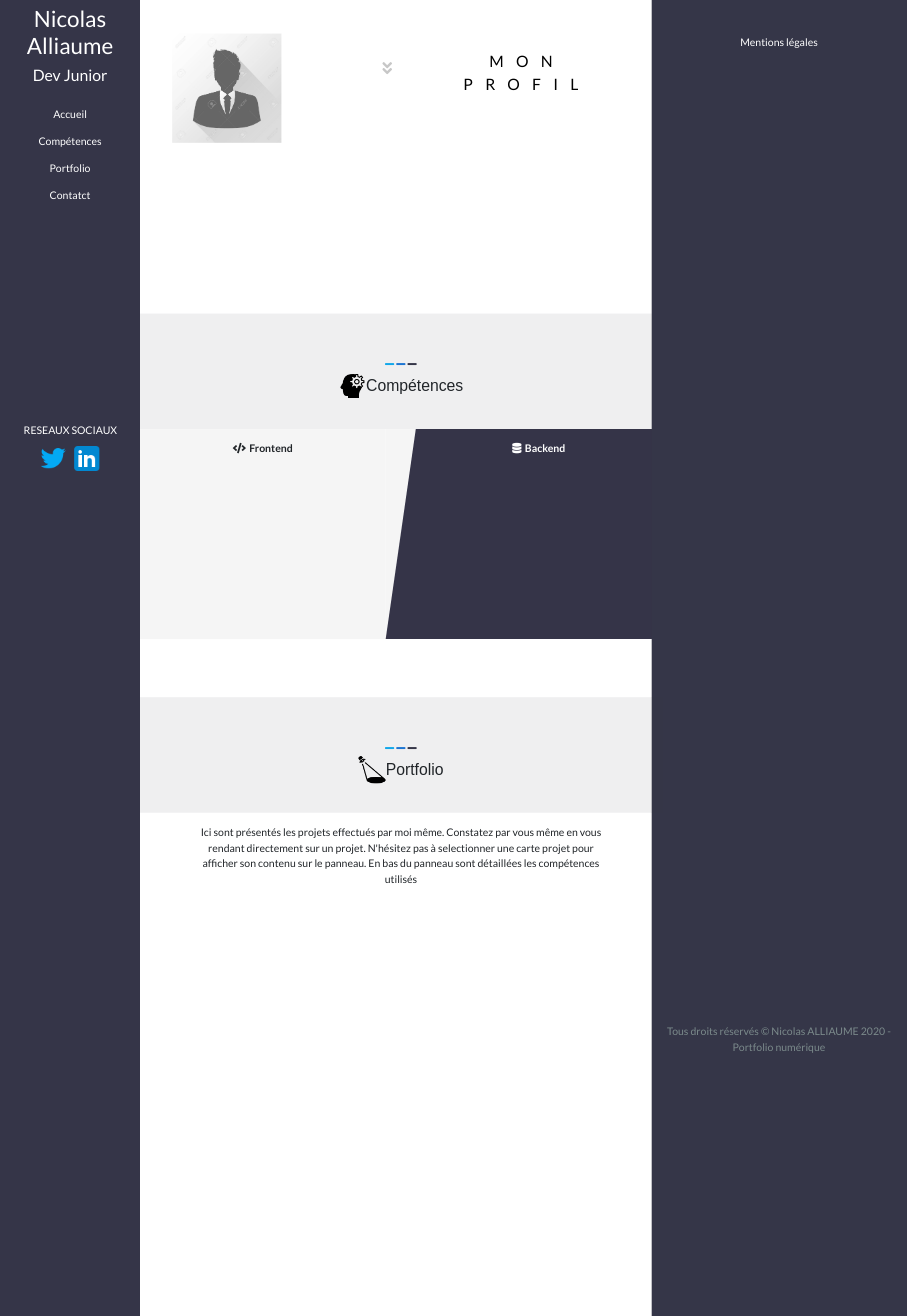
Repository: Nicolas-al/alliaumen
Page: templates/main/index.html.twig
These files come from the project's save history. The page is drawn as it stood at one moment and after the next save; the edit follows.
The browser window is 1280 px wide. The page is 1295 px wide, so the pictures cover 1295 px, including what lies to the right of the window. The pictures show the part of the page from y = 0 to 1880 px (the page is 2865 px tall before and 2972 px after), at 70% of full size.
Some web fonts or font styles are not loaded; a fallback is used. Some web libraries are served in a nearby version. The page is a Twig template of a Symfony application; nobody is signed in and links lead nowhere. The template is opened directly, without the code that normally fills it, so the values that code supplies are empty.

Above is the page before, as saved 2020-10-09 17:06:18.

After the next save:
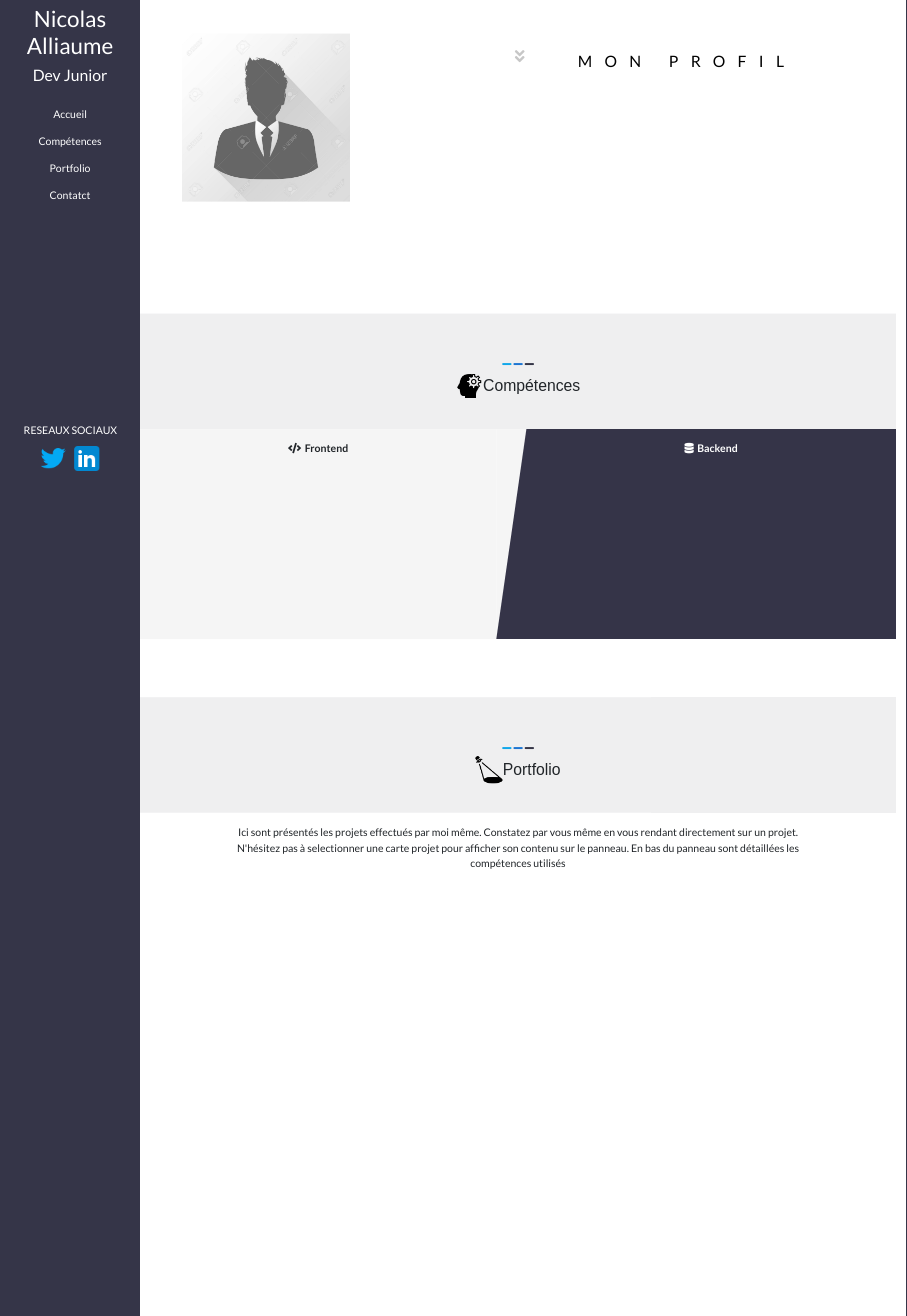
Saved 34 s later.
--- a/templates/main/index.html.twig
+++ b/templates/main/index.html.twig
@@ -196,10 +196,12 @@
                         laisser un message</a>
                     </button>
                 </div>
+                <div>
+                    {% include 'main/footer.html.twig' %}
+                </div>
         </div>
         </div>
         {% include 'contact/index.html.twig' %}
-        {% include 'main/footer.html.twig' %}
         </div>
 
     </div>
